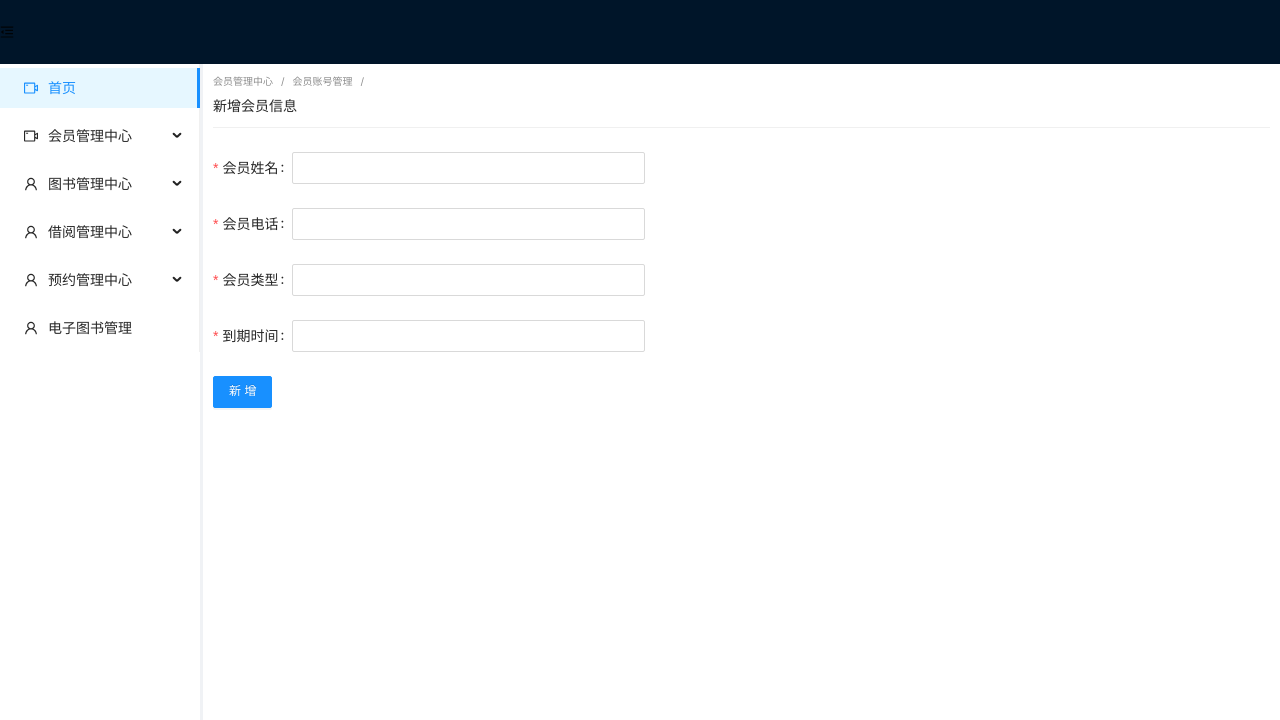
Repository: font-ds/cssy-manage
Page: /vipmanage/vipmanage1/add
These files come from the project's save history. The page is drawn as it stood at one moment and after the next save; the edit follows.
The browser window is 1280 px wide. The pictures show the whole page.
The project was rebuilt for these pictures with package versions that can differ from the ones it lists, and the page was loaded fresh each time. Some packages were replaced by stand-ins written for this rebuild. Also part of the build but not shown: src/pages/auth/vipManage/coupon/index.tsx, src/utils/use-optimistic-options.tsx, src/utils/util.tsx, src/utils/http.tsx, src/pages/auth/vipManage/manage/util.tsx, src/pages/auth/vipManage/manage/index.tsx, src/pages/auth/vipManage/manage/detail/components/util.tsx, src/pages/auth/vipManage/manage/detail/components/appointTable.tsx and 6 more. Imported but missing from the stored project, and not drawn on this page: src/pages/auth/index/index, src/reportWebVitals, src/store/test.

Above is the page before, as saved 2022-09-14 18:17:29.

### src/App.tsx
import React from 'react';
import {Provider} from 'react-redux'
import {store} from './store/store'
import {
  QueryClient,
  QueryClientProvider,
} from '@tanstack/react-query'
import {BrowserRouter} from 'react-router-dom';
import { ReactQueryDevtools } from '@tanstack/react-query-devtools'
import {FullPageLoading} from './components/fullpage/FullPageLoading';
import './App.scss'

// 代码分割
const AuthComponents=React.lazy(()=>import('./pages/auth'))
const NoAuthComponents=React.lazy(()=>import('./pages/index'))

function App() {
  const queryClient = new QueryClient()
  const user=true
  return (
    <QueryClientProvider client={queryClient}>
      <Provider store={store}>
        <React.Suspense fallback={<FullPageLoading />}>
          <BrowserRouter>
            {user?<AuthComponents />:<NoAuthComponents />}
          </BrowserRouter>
        </React.Suspense>
      </Provider>
      <ReactQueryDevtools initialIsOpen={false}  />
    </QueryClientProvider>
  );
}

export default App;

### src/store/store.tsx
import {configureStore} from '@reduxjs/toolkit';
import testReducer from './test'

export const store=configureStore({
    reducer:{
        test:testReducer
    },

})

export type RootState=ReturnType<typeof store.getState>
export type AppDispatch=typeof store.dispatch

### src/components/fullpage/FullPageLoading.tsx
import { Spin } from "antd";
export const FullPageStyle = {
  height: "100vh",
  display: "flex",
  justifyContent: "center",
  alignItems: "center",
};
export const FullPageLoading = () => {
  return (
    <div style={FullPageStyle}>
      <Spin size={"large"} />
    </div>
  );
};

### src/App.scss
/* 全局样式区域 */
@import '~antd/dist/antd.css';
* {
  margin: 0;
  padding: 0;
}
html{
  font-size: 62.5%;
  min-width: 1200px;
}

### src/pages/auth/index.tsx
import React,{useState} from 'react'
import { Layout, Menu } from 'antd';
import {
  MenuFoldOutlined,
  MenuUnfoldOutlined,
} from '@ant-design/icons';
import Bread from '../../components/bread/bread';
import './index.scss'
import {router} from './router';
import { Route, Routes, useNavigate } from "react-router";
import Inde from './index/index';



const { Header, Sider, Content } = Layout;

export default function Index() {
  const [collapsed, setCollapsed] = useState(false);
  return (
    <Layout style={{minHeight:'100vh'}}>
      <Header className="site-layout-background" style={{ padding: 0 }}>
        {React.createElement(collapsed ? MenuUnfoldOutlined : MenuFoldOutlined, {
          className: 'trigger',
          onClick: () => setCollapsed(!collapsed),
        })}
      </Header>
      <Layout>
        <Sider theme='light' trigger={null} collapsible collapsed={collapsed}>
          <LeftMenu></LeftMenu>
        </Sider>
        <Layout className="site-layout">

          <Content
            className="site-layout-background"
            style={{
              marginLeft:'0.3rem',
              padding: '1rem',
              minHeight: 280,
            }}
          >
            <Bread></Bread>
            <Routes>
              <Route index element={<Inde></Inde>}></Route>
              {router.map(item=>{
                if(item.key==='index') return null
                return <Route key={item.key} path={item.path} element={item.route}></Route>
              })}
            </Routes>
          </Content>
        </Layout>
      </Layout>
    </Layout>
  )
}

const LeftMenu=()=>{
  const navigate = useNavigate();

  return <Menu
    theme="light"
    mode="inline"
    defaultSelectedKeys={['']}
    items={router}
    onClick={e=>{
      const path=e.keyPath.reverse().join('/')
      console.log(path)
      navigate(path)
  }}
  />
}

### src/components/bread/bread.tsx
import { Breadcrumb, Col, Row } from "antd";
import { Link, useLocation } from "react-router-dom";
import { breadcrumbRouterNameMap } from "./router";
const Bread = () => {
  const location = useLocation();

  const pathSnippets = location.pathname.split("/").filter((i) => i);
  const extraBreadcrumbItems = pathSnippets.map((_, index) => {
    const url = `${pathSnippets.slice(0, index + 1).join("/")}`;
    return (
      <Breadcrumb.Item key={url}>
        {index > 0 ? (
          <Link style={{fontSize:'1rem'}} to={url}>{breadcrumbRouterNameMap[url]}</Link>
        ) : (
          <>{breadcrumbRouterNameMap[url]}</>
        )}
      </Breadcrumb.Item>
    );
  });
  let breadcrumbItems: any = [];
  //如果不存在一级路由的话
  if (
    !extraBreadcrumbItems.length ||
    extraBreadcrumbItems[0].key === "changePwd"
  ) {
    breadcrumbItems = [
      <Breadcrumb.Item key='home'>
        <Link style={{fontSize:'1rem'}} to='/'>首页</Link>
      </Breadcrumb.Item>,
      ...extraBreadcrumbItems,
    ];
  } else {
    breadcrumbItems = extraBreadcrumbItems;
  }

  //如果其父path为数组里元素，或者路由等级小于三级，则该页不显示回退按钮

  return (
    <Row align='middle' justify='space-between' style={{marginBottom:'0.5rem'}}>
      <Col>
        <Breadcrumb  style={{fontSize:'1rem'}} separator='/'>{breadcrumbItems}</Breadcrumb>
      </Col>
      {/* {showHistoryBack() && (
        <Col>
          <Button type='link' onClick={historyBack}>
            返回上一级
          </Button>
        </Col>
      )} */}
    </Row>
  );
};
export default Bread;

### src/pages/auth/index.scss
#components-layout-demo-custom-trigger .trigger {
    padding: 0 24px;
    font-size: 18px;
    line-height: 64px;
    cursor: pointer;
    transition: color 0.3s;
  }

  #components-layout-demo-custom-trigger .trigger:hover {
    color: #1890ff;
  }

  #components-layout-demo-custom-trigger .logo {
    height: 32px;
    margin: 16px;
    background: rgba(255, 255, 255, 0.3);
  }

  .site-layout .site-layout-background {
    background: #fff;
  }

### src/pages/auth/router.tsx
import React from 'react'
import VipManage from './vipManage/index';
import BookMange from './bookManage/index'
import AppointManage from './appointManege/index'
import LeadManage from './leadManage/index'
import OnlineManage from './onlineManage/index'
import Index from './index/index';
import {

    UserOutlined,
    VideoCameraOutlined,
  } from '@ant-design/icons';

export const router=[
    {
        key:"",
        icon:<VideoCameraOutlined/>,
        label:'首页',
        route:<Index />,
    },
    {
        key:'vipmanage',
        icon:<VideoCameraOutlined/>,
        label:'会员管理中心',
        path:'vipmanage/*',
        route:<VipManage />,
        children:[
            {label:'会员账号管理',key:'vipmanage1'},
            {label:'优惠券管理',key:'vipmanage2'},
        ]
    },
    {
        key:'bookmanage',
        icon:<UserOutlined/>,
        label:'图书管理中心',
        path:'bookmanage/*',
        route:<BookMange />,
        children:[
            {label:'图书管理列表',key:'bookmanage1'},
            {label:'图书添加操作',key:'bookmanage2'}
        ]
    },
    {
        key:'leadmanage',
        icon:<UserOutlined/>,
        label:'借阅管理中心',
        path:'leadmanage/*',
        route:<LeadManage />,
        children:[
            {label:'借阅管理列表',key:'leadmanage1'},
            {label:'快捷借阅操作',key:'leadmanage2'}
        ]
    },
    {
        key:'appointmanage',
        icon:<UserOutlined/>,
        label:'预约管理中心',
        path:'appointmanage/*',
        route:<AppointManage />,
        children:[
            {label:'预约管理列表',key:'appointmanage1'},
            {label:'预约内容设置',key:'appointmanage2'},
            {label:'金牌讲师设置',key:'appointmanage3'}
        ]
    },
    {
        key:'onlinemanage',
        icon:<UserOutlined/>,
        label:'电子图书管理',
        path:'onlinemanage/*',
        route:<OnlineManage />,

    },
]

### src/components/bread/router.tsx
export const breadcrumbRouterNameMap: any = {
    "": "首页",
    vipmanage: "会员管理中心",
    'vipmanage/vipmanage1': "会员账号管理",
    'vipmanage/vipmanage1/detail': "会员详情",
    "vipmanage/vipmanage2": "优惠券管理",
    bookmanage:'图书管理中心',
    'bookmanage/bookmanage1': "图书管理列表",
    "bookmanage/bookmanage2": "图书添加操作",
    leadmanage:'借阅管理中心',
    'leadmanage/leadmanage1': "借阅管理列表",
    "leadmanage/leadmanage2": "快捷借阅操作",
    appointmanage:'预约管理中心',
    'appointmanage/appointmanage1': "借阅管理列表",
    "appointmanage/appointmanage2": "快捷借阅操作",
    "appointmanage/appointmanage3": "快捷借阅操作",
    onlinemanage:'电子图书管理'
}

### src/pages/auth/vipManage/index.tsx
import React from 'react'
import { Route, Routes } from "react-router";
import Coupon from './coupon/index'
import Manage from './manage/index'
import Detail from './manage/detail/index';
import Add from './manage/add/index'


export default function Index() {
  return (
    <Routes>
      <Route
        path={"vipmanage1"}
        element={<Manage />}
      >
      </Route>
      <Route
        path={"vipmanage1/detail"}
        element={<Detail />}
      >
      </Route>
      <Route
        path={"vipmanage1/add"}
        element={<Add />}
      >
      </Route>
      <Route
        path={"vipmanage2"}
        element={<Coupon />}
      ></Route>

    </Routes>
  )
}

### src/pages/auth/vipManage/manage/add/index.tsx
import React,{useState} from 'react'
import {Button,Divider,Form,Input,FormInstance} from 'antd';
import {vipUser} from '../../../../../type/type'

import './index.scss';

export default function Index() {
    // 提交
    const handleSubmit= async (value:vipUser)=>{
        console.log(value)

    }

  return (
    <div className='vip-detail'>
        <span>新增会员信息</span>
        <Divider style={{marginTop:'1rem'}} />
        <Form
              className='form'
              name="basic"
              wrapperCol= {{ span: 8 }}
              autoComplete="off"
            >
                <Form.Item
                  label="会员姓名"
                  name="vip_name"
                  rules={[{ required: true, message: '此项不能为空！' }]}
                >
                  <Input />
                </Form.Item>
                <Form.Item
                  label="会员电话"
                  name="phone"
                  rules={[{ required: true, message: '此项不能为空！' }]}
                >
                  <Input />
                </Form.Item>
                <Form.Item
                  label="会员类型"
                  name="power"
                  rules={[{ required: true, message: '此项不能为空！' }]}
                >
                  <Input />
                </Form.Item>
                <Form.Item
                  label="到期时间"
                  name="expired_date"
                  rules={[{ required: true, message: '此项不能为空！' }]}
                >
                  <Input />
                </Form.Item>

                <Form.Item>
                    <Button type="primary" htmlType="submit">
                      新增
                    </Button>
                </Form.Item>
            </Form>
    </div>
  )
}

### src/pages/auth/vipManage/manage/detail/index.scss
.vip-detail{
    div>span{
        font-size: 1.6rem;
    }
    Button{
        font-size: 1.2rem ;
    }
    .form{
        margin-bottom: 5rem;
    }

    .block-title{
        font-size: 1.6rem;
    }
}

### src/pages/auth/vipManage/manage/add/index.scss
.vip-detail{
    div>span{
        font-size: 1.6rem;
    }
    Button{
        font-size: 1.2rem ;
    }
    .form{
        margin-bottom: 5rem;
    }

    .block-title{
        font-size: 1.6rem;
    }
}

Loaded but not shown: public/index.html (common file); src/index.tsx (common file)

After the next save:
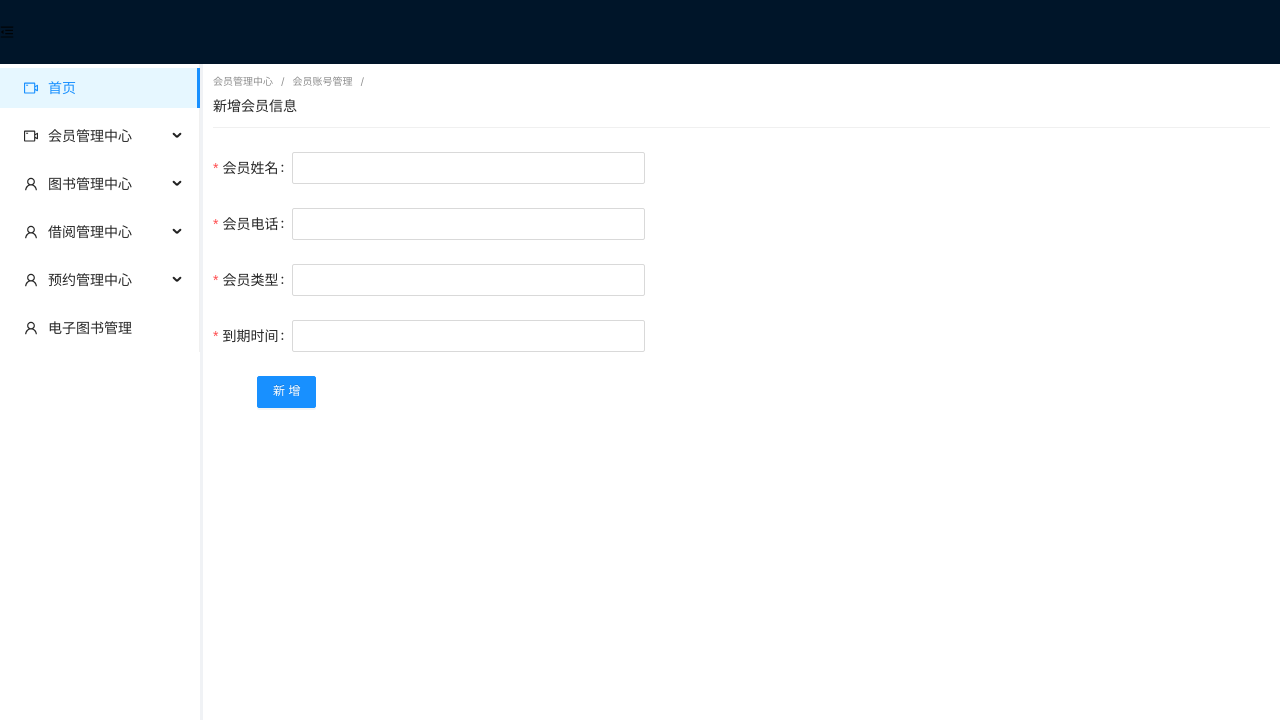
Saved 34 s later.
--- a/src/pages/auth/vipManage/manage/add/index.tsx
+++ b/src/pages/auth/vipManage/manage/add/index.tsx
@@ -50,7 +50,7 @@ export default function Index() {
                   <Input />
                 </Form.Item>
 
-                <Form.Item>
+                <Form.Item wrapperCol={{offset:1}}>
                     <Button type="primary" htmlType="submit">
                       新增
                     </Button>
